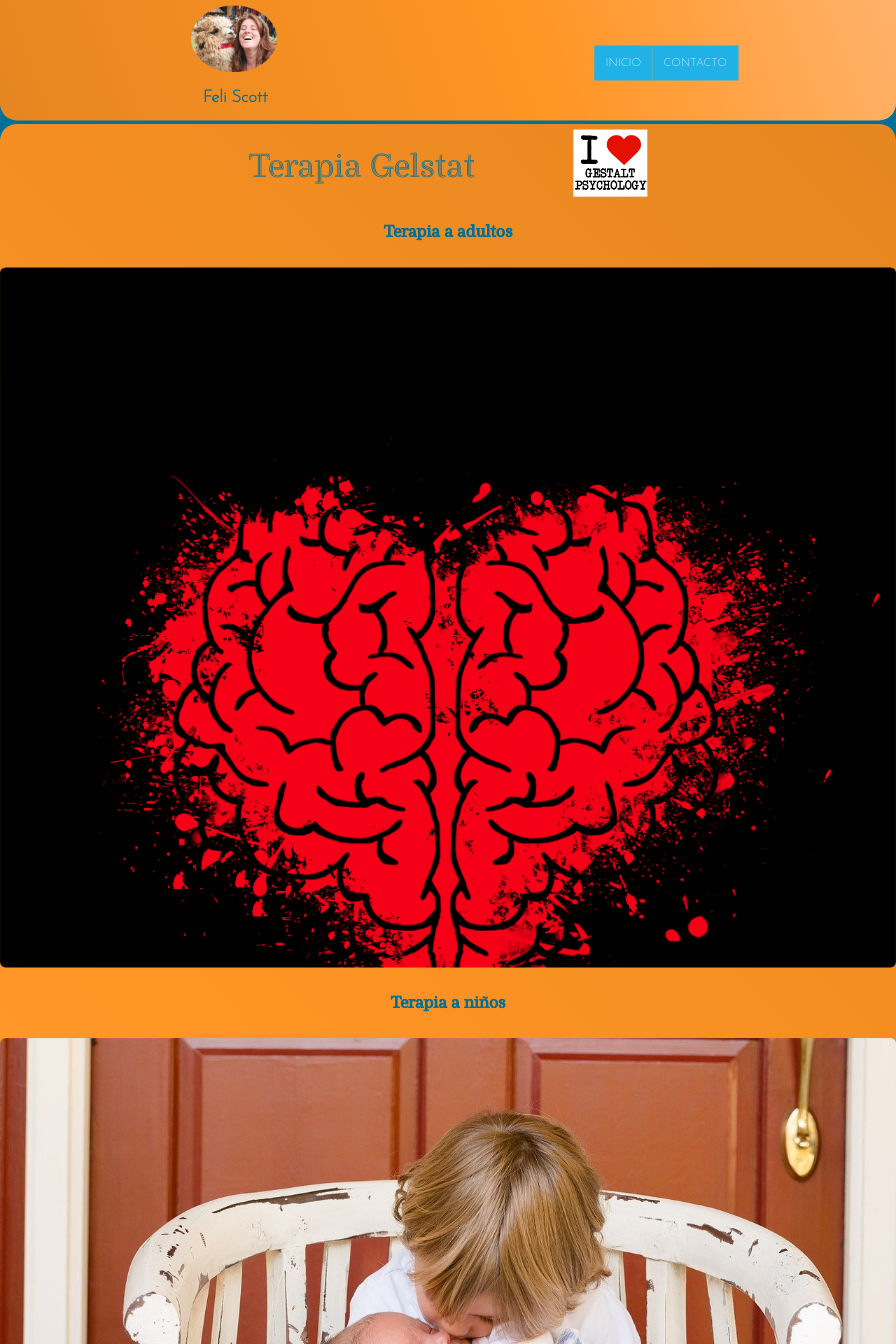
Repository: Jogalso/webPsicologa
Page: /
These files come from the project's save history. The page is drawn as it stood at one moment and after the next save; the edit follows.
The browser window is 1280 px wide. The pictures show the part of the page from y = 0 to 1920 px (the page is 5404 px tall), at 70% of full size.
Backgrounds fixed to the window are drawn as part of the page. The project was rebuilt for these pictures with package versions that can differ from the ones it lists, and the page was loaded fresh each time. Some packages were replaced by stand-ins written for this rebuild. The framework's server and built-in components were replaced by stand-ins that run in the browser.

Above is the page before, as saved 2021-07-14 13:26:20.

### pages/index.js
import React from 'react'
import Layout from '../components/Layout'

import Header from '../components/Header'
import Terapias from '../components/Terapias'
import FormularioContacto from '../components/FormularioContacto'
import Footer from '../components/Footer'

export default function index() {
    return (
        <div>
            <Layout>
                <Header />
                <Terapias />
                <FormularioContacto />
                <Footer />
            </Layout>
        </div>
    )
}

### components/Layout.jsx
('use strict')
import Link from 'next/link';
import Head from 'next/head';
import React from 'react'

function Layout(props) {
    const {children, title} = props;
    return <div>
    <Head >
    <title>Terapia Gestalt: {title}</title>
        <meta name="viewport" content="width=device-width, initial-scale=1"></meta>
    </Head>
    {children}

    <style jsx global>
    {`
        html{
            background: #007099;
        }
    `
    //colores en naranja #FF9524, #FFA13D, #FA9223, #007FAD, #23C1FA
    }
    </style>
    <style jsx global>
        { `
           @import url('https://fonts.googleapis.com/css2?family=Josefin+Sans:wght@200&display=swap');
           body{
               max-width; 100%;
               width: 100%;
               margin: 0px;
               font-family:  'Josefin Sans', sans-serif;
           }
           @font-face {
               font-family: 'RymanEco';
               src: url('/fonts/RymanEco/RymanEco-Regular.otf');
           }
        `}
    </style>
</div>
}

export default Layout

### components/Header.jsx

import Link from 'next/link';
export default function Header() {

    return (
        <div>
            <div className="Header">
                <div className="InfoTerapetua">
                    <img className="InfoTerapetua__img" src="../imagenes/principal.png" />
                    <h2>Feli Scott</h2>
                </div>
                <div className="botones">
                    <Link href="/">
                        <a>
                            Inicio
                        </a>
                    </Link>
                    <Link href="/contacto">
                        <a>
                            Contacto
                        </a>
                    </Link>
                </div>
            </div>

            <style>
                {`
                    .Header{
                        background: linear-gradient(70deg,#E68620 0, #FF9524 60%, #FFB26B);
                        border-bottom-right-radius: 1.5em;
                        border-bottom-left-radius: 1.5em;
                        margin-bottom: 0.3em;
                        display: flex;
                        justify-content: space-around;
                    }
                    .InfoTerapetua{
                        color: #007099;
                        padding-top: 0.5em;
                        margin-left: 3em;
                        text-align: center;
                    }
                    .InfoTerapetua__img{
                        height: 6em;
                        width: auto;
                    }
                    .botones{
                        margin-top: 0.5em;
                        display: flex;
                        align-items: center;
                    }
                    .botones a{
                        color: white;
                        border-color: #007099;
                        background-color: #20B1E6;
                        display: inline-block;
                        text-transform: uppercase;
                        padding: 0.8em 1em;
                        text-decoration: none;
                        line-height: 1.5em;
                    }
                `}
            </style>
        </div>
    )
}

### components/Terapias.jsx
import React from 'react'

export default function Terapias() {
    return (
        <div>
            <div className="Terapias">
                <div className="Terapia__titulo">
                    <span className="titulo">Terapia Gelstat</span>
                    <p></p>
                    <img className="Terapias__img" src="../imagenes/ILoveGestalt.png"/>
                </div>
                <div className="Terapia_modalidades">
                    <h2>Terapia a adultos</h2>
                    <div className="TerapiaPersonal"></div>

                    <h2>Terapia a niños</h2>
                    <div className="TerapiaNiños"></div>

                    <h2>Terapia a adolescentes</h2>
                    <div className="TerapiaAdolescentes"></div>

                    <h2>Terapia familiar</h2>
                    <div className="TerapiaFamiliar"></div>
                </div>
            </div>

            <style>
                {`
                    .Terapias{
                        background: linear-gradient(45deg, #FFB26B 0, #FF9524 60%, #E68620);
                        border-top-right-radius: 1.5em;
                        border-top-left-radius: 1.5em;
                        text-align: center;
                        font-family: 'RymanEco';
                        color: #007099;
                    }
                    .titulo{
                        padding-top: 0.5em;
                        margin-top: 0px;
                        font-size: 3em;
                    }
                    .Terapia_modalidades h2{
                        margin-top: 1.5em;
                        margin-bottom: 1.5em;
                    }
                    .Terapias__img{
                        height: 6em;
                        width: auto;
                    }
                    .Terapia_modalidades{
                        width: 100%;
                    }
                    .Terapia__titulo{
                        margin-left: auto;
                        margin-right: auto;
                        padding-top: 0.5em;
                        max-width: 50%;
                        display: flex;
                        justify-content: space-around;
                    }
                    .TerapiaPersonal{
                        min-height: 1000px;
                        background-image: url("../imagenes/heart_1920.png");
                        background-repeat: no-repeat;
                        background-size: cover;
                        background-attachment: fixed;
                        background-position: right center;
                        margin-bottom 2em;
                        border-radius: 0.5em;
                    }
                    .TerapiaNiños{
                        min-height: 1000px;
                        background-image: url("../imagenes/niños_1280.jpg");
                        background-repeat: no-repeat;
                        background-size: cover;
                        background-attachment: fixed;
                        background-position: right center;
                        border-radius: 0.5em;
                    }
                    .TerapiaAdolescentes{
                        min-height: 1000px;
                        background-image: url("../imagenes/jovenes_1280.jpg");
                        background-repeat: no-repeat;
                        background-size: cover;
                        background-attachment: fixed;
                        background-position: right center;
                        border-radius: 0.5em;
                    }
                    .TerapiaFamiliar{
                        min-height: 1000px;
                        background-image: url("../imagenes/familias_1280.jpg");
                        background-repeat: no-repeat;
                        background-size: cover;
                        background-attachment: fixed;
                        background-position: right center;
                        border-radius: 0.5em;
                    }

                `}
            </style>
        </div>
    )
}

### components/Footer.jsx
import Link from 'next/link'

export default function Footer() {
    return (
        <div>
            <div className="Footer">
                <Link href="/terms">
                    <a target="_blank">
                        Terminos
                    </a>
                </Link>
                <Link href="/privacy">
                    <a target="_blank">
                        Politica privacidad
                    </a>
                </Link>
                <Link href="/about">
                    <a target="_blank">
                        About
                    </a>
                </Link>
            </div>

            <style>
                {`
                    .Footer{
                        background: linear-gradient(70deg, #FFB26B 0, #FF9524 60%, #E68620);
                        display: flex;
                        justify-content: space-around;
                        border-top-right-radius: 1.5em;
                        border-top-left-radius: 1.5em;
                        padding-top: 0.5em;
                        margin-top: 0.3em;
                    }
                    .Footer a{
                        border-radius: 2px;
                        color: white;
                        background-color: #20B1E6;
                        display: inline-block;
                        text-transform: uppercase;
                        padding: 0.8em 1em;
                        text-decoration: none;
                        line-height: 1.5em;
                    }
                `}
            </style>
        </div>
    )
}

Loaded but not shown: hooks/useField.js (12 lines, source omitted); components/FormularioContacto.jsx (324 lines, source omitted)

After the next save:
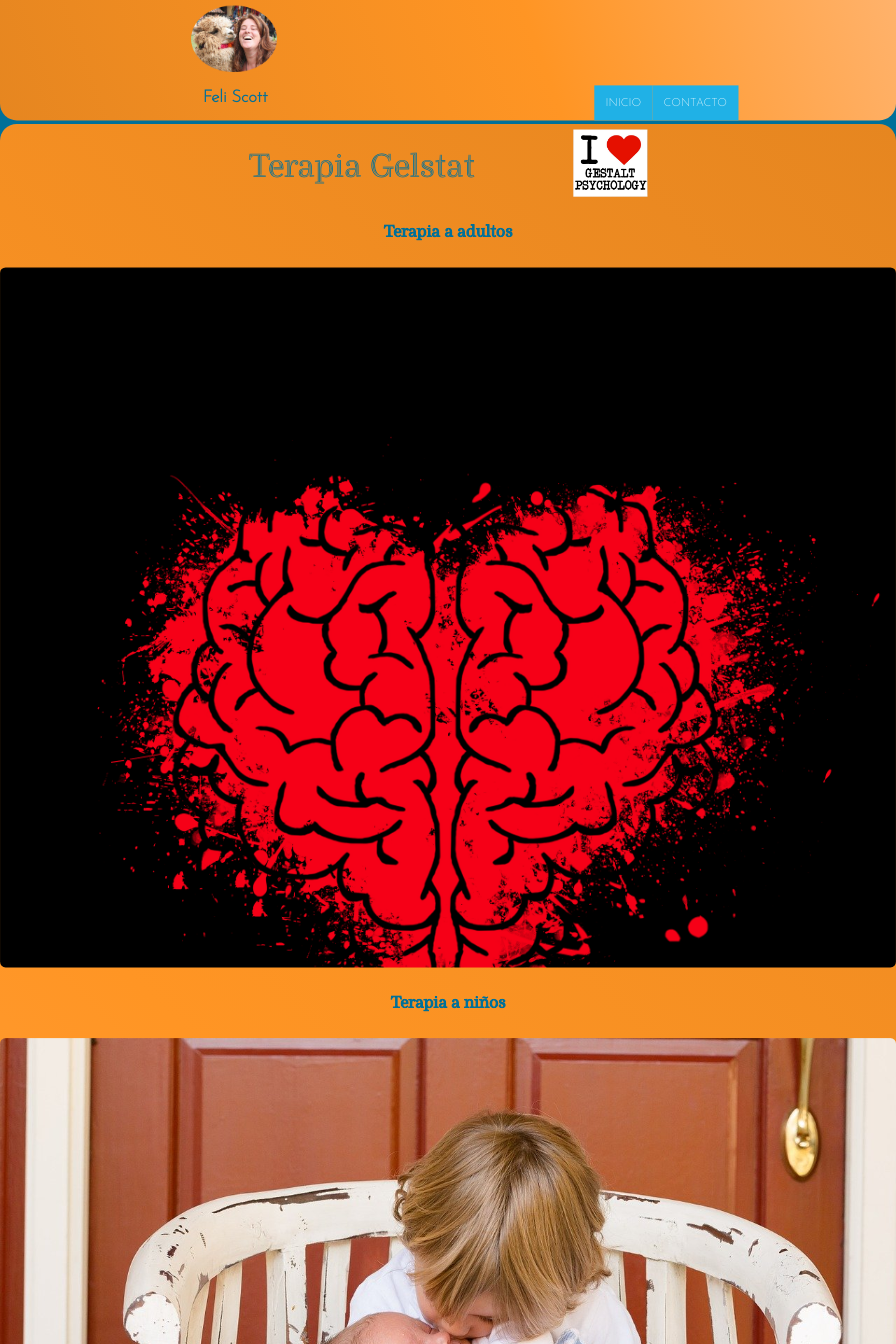
Saved 7 s later.
--- a/components/Header.jsx
+++ b/components/Header.jsx
@@ -46,7 +46,7 @@ export default function Header() {
                     .botones{
                         margin-top: 0.5em;
                         display: flex;
-                        align-items: center;
+                        align-items: end;
                     }
                     .botones a{
                         color: white;
